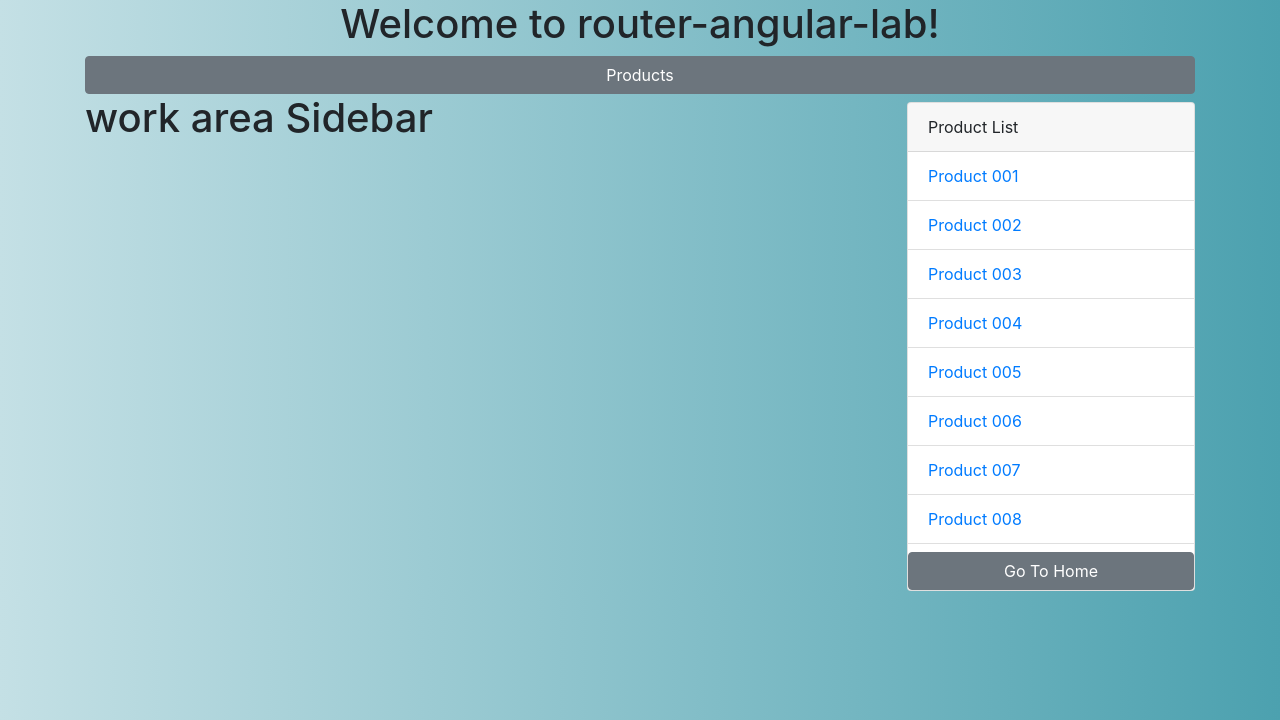
Repository: desalab/router-angular-lab
Page: /products
The author's editor kept a copy of each file at every save. The page is drawn from the files as they stood at one save, then again after the next save.
The browser window is 1280 px wide. The pictures show the whole page.
The project was rebuilt for these pictures with package versions that can differ from the ones it lists, and the page was loaded fresh each time. Also part of the build but not shown: angular.json, src/app/product-detail/product-detail.component.ts, src/app/product-list-sidebar/product-list-sidebar.component.ts, src/app/home/home.component.ts.

Above is the page before, as saved 2018-12-06 01:18:45.

After the next save:
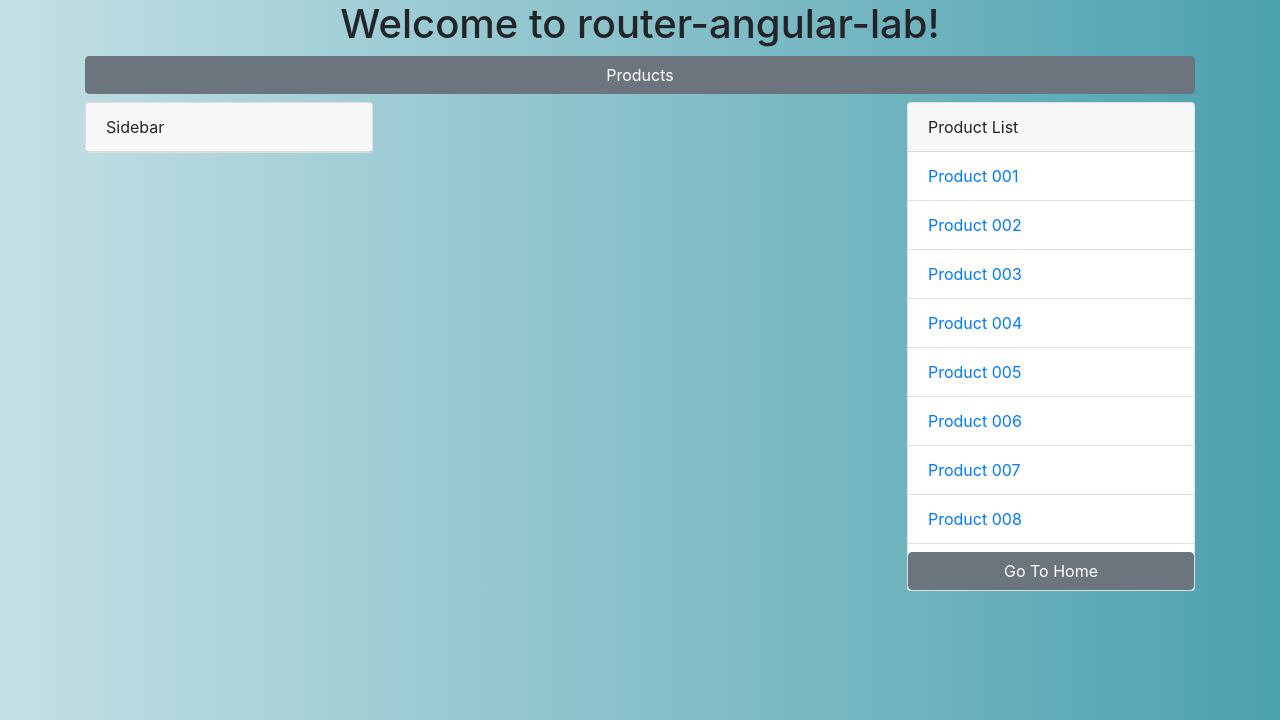
Saved 86 s later.
--- a/src/app/sidebar/sidebar.component.html
+++ b/src/app/sidebar/sidebar.component.html
@@ -1,3 +1,3 @@
-<h1>
-  work area Sidebar
-</h1>
+<div class="card mt-2" style="width: 18rem;">
+  <div class="card-header">Sidebar</div>
+</div>
